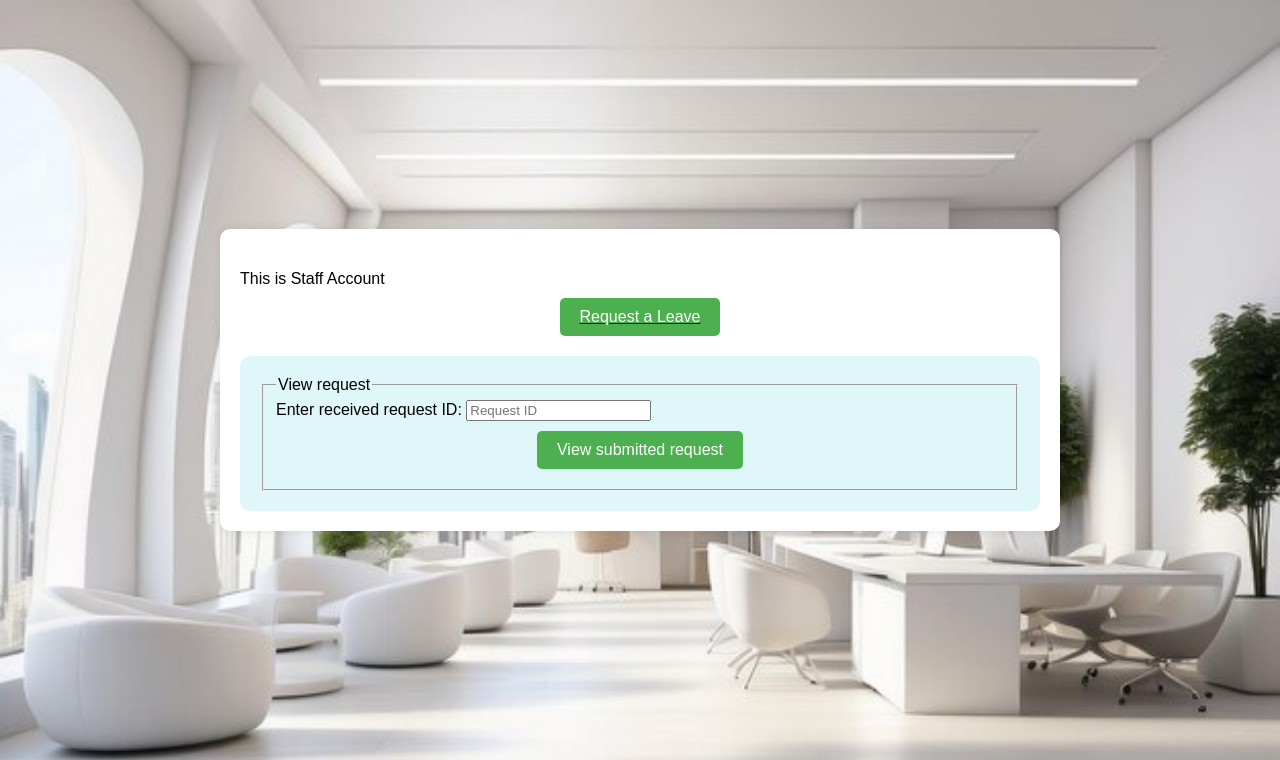
Repository: sakuuLay/StaffManagementSys
Page: http://localhost/test/SMaccount.jsp
An editor plug-in stored every save of this project. The page is shown before and after the next save, followed by the edit.
The browser window is 1280 px wide. The pictures show the whole page.
Backgrounds fixed to the window are drawn as part of the page. The page is served by Tomcat 9. Nobody is signed in. The application's start-up code is not run. The template is opened directly, without the code that normally fills it, so the values that code supplies are empty.

Above is the page before, as saved 2024-10-21 09:21:52.

After the next save:
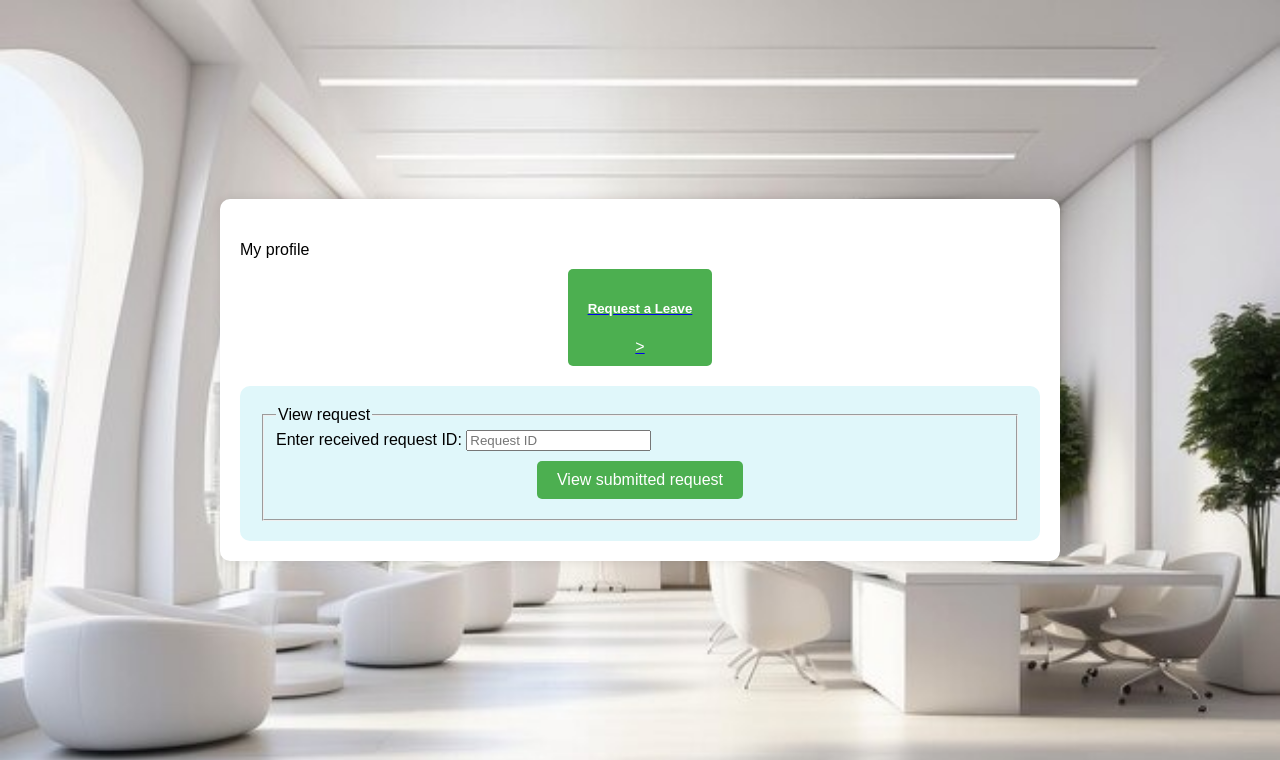
Saved 4 min 0 s later.
--- a/test/src/main/webapp/SMaccount.jsp
+++ b/test/src/main/webapp/SMaccount.jsp
@@ -95,7 +95,7 @@
 <body>
     <div class="container">
         <h1>${msg}</h1>
-        <div>This is Staff Account</div>
+        <div>My profile</div>
         <c:forEach var="member" items="${AccDetails}">
             <table>
                 <tr>
@@ -128,7 +128,7 @@
                 </tr>
             </table>
         </c:forEach>
-        <a href="LeaveRequest.jsp"><button name="formRedirector">Request a Leave</button></a>
+        <a href="LeaveRequest.jsp"><button name="formRedirector"><h5>Request a Leave</h5>></button></a>
         <div class="fieldset-container">
             <form action="reqViewServlet" method="post">
                 <fieldset>
